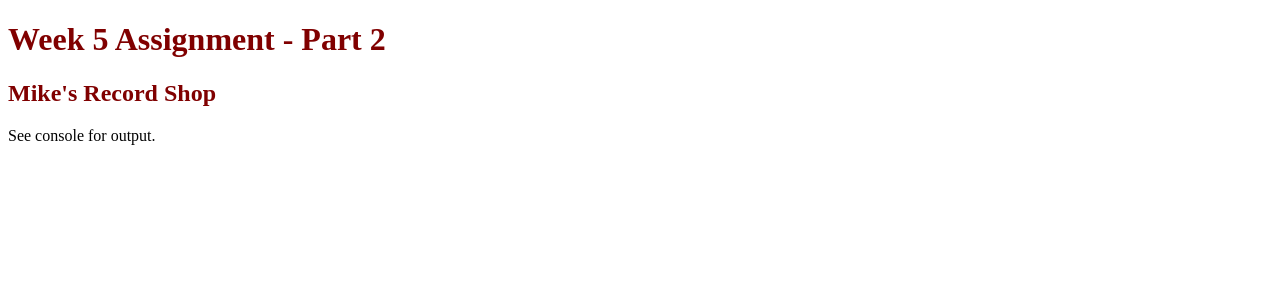
Repository: Ellusionism/prime-pw-week-5-assignment-part-2
Page: assignment/index.html
These files come from the project's save history. The page is drawn as it stood at one moment and after the next save; the edit follows.
The browser window is 1280 px wide. The pictures show the whole page.

Above is the page before, as saved 2022-11-24 18:42:08.

### assignment/index.html
<!DOCTYPE html>
<html>
  <head>
    <meta charset="utf-8">
    <title>Week 5 Assignment</title>
    <link rel="stylesheet" href="stylesheet.css">
  </head>
  <body>
    <header>
      <h1>Week 5 Assignment - Part 2</h1>
      <h2>Mike's Record Shop</h2>
    </header>
    <main>
    <p>See console for output.</p>
  </main>
    <!-- Create an unordered list with any questions you have -->
  </body>
</html>

### assignment/stylesheet.css
header {
  color: maroon;
  background-color:
}

After the next save:
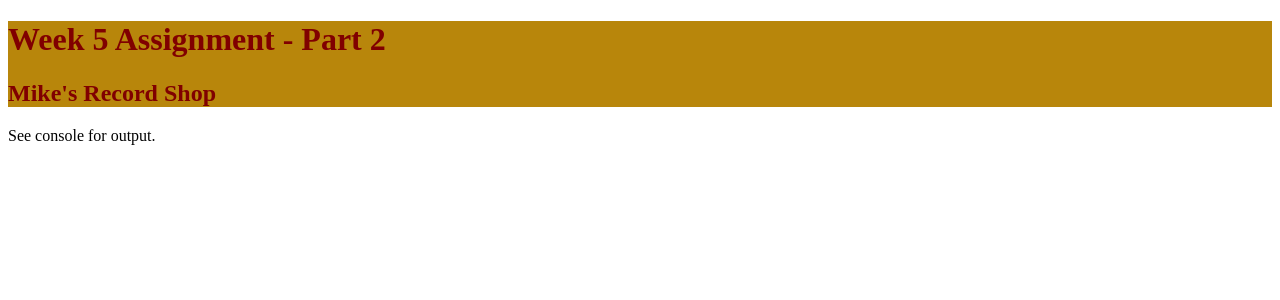
Saved 8 s later.
--- a/assignment/stylesheet.css
+++ b/assignment/stylesheet.css
@@ -1,4 +1,4 @@
 header {
   color: maroon;
-  background-color:
+  background-color:darkgoldenrod
 }

After the 3 saves that followed:
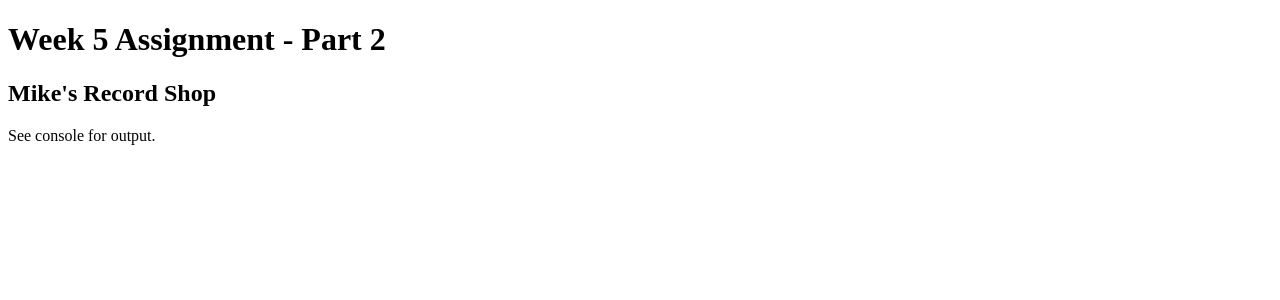
The 3 saves are shown as one change because they came seconds apart.
The last was saved 27 s later.
--- a/assignment/stylesheet.css
+++ b/assignment/stylesheet.css
@@ -1,4 +1,4 @@
 header {
-  color: maroon;
-  background-color:darkgoldenrod
+  color:
+  background-color:
 }
